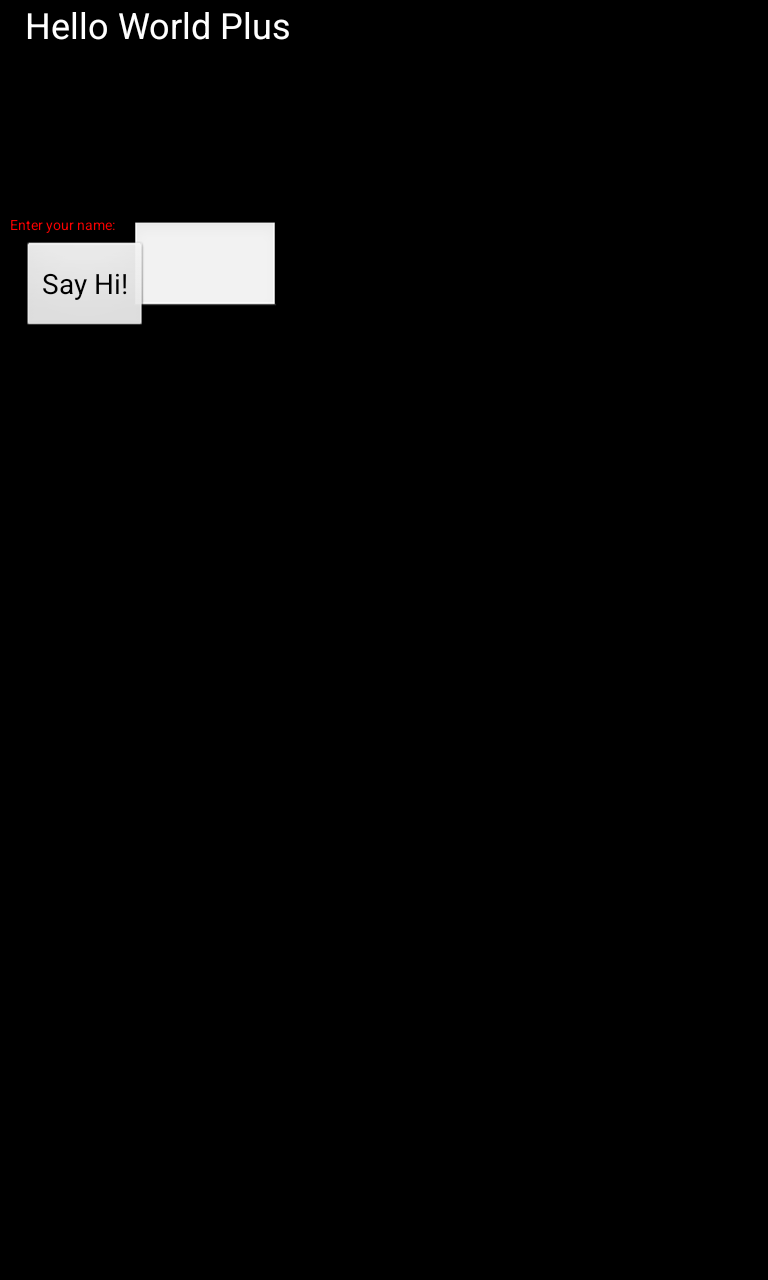
Repository: adatta02/comp194ma
Layout: hello_world/res/layout/main.xml
These files come from the project's save history. The layout is drawn as it stood at one moment and after the next save; the edit follows.
It is drawn on a 768 x 1280 px phone screen (xhdpi) without system bars, with theme android:Theme; the app's code is not run.

Above is the layout before, as saved 2009-02-04 20:42:39.

### hello_world/res/layout/main.xml
<?xml version="1.0" encoding="utf-8"?>

<AbsoluteLayout android:id="@+id/AbsoluteLayout01" android:layout_width="wrap_content" android:layout_height="wrap_content" xmlns:android="http://schemas.android.com/apk/res/android"><TextView android:id="@+id/TextView01" android:layout_width="wrap_content" android:text="Hello World Plus" android:textSize="36px" android:textColor="@color/white" android:layout_height="fill_parent" android:paddingLeft="25px"></TextView>
<EditText android:layout_width="wrap_content" android:layout_height="wrap_content" android:layout_x="130px" android:width="150px" android:id="@+id/name" android:layout_y="220px"></EditText>
<TextView android:id="@+id/TextView02" android:layout_width="wrap_content" android:layout_height="wrap_content" android:text="Enter your name:" android:layout_y="215px" android:textColor="#FF0000" android:textSize="14px" android:layout_x="10px"></TextView>
<Button android:layout_width="wrap_content" android:layout_height="wrap_content" android:text="Say Hi!" android:layout_x="20px" android:layout_y="240px" android:id="@+id/button"></Button>
</AbsoluteLayout>

### hello_world/res/values/strings.xml
<?xml version="1.0" encoding="utf-8"?>
<resources>
    <string name="hello">Hello World, HelloWorld</string>
    <string name="app_name">HelloWorld</string>
<color name="white">#ffffff</color>



</resources>

After the next save:
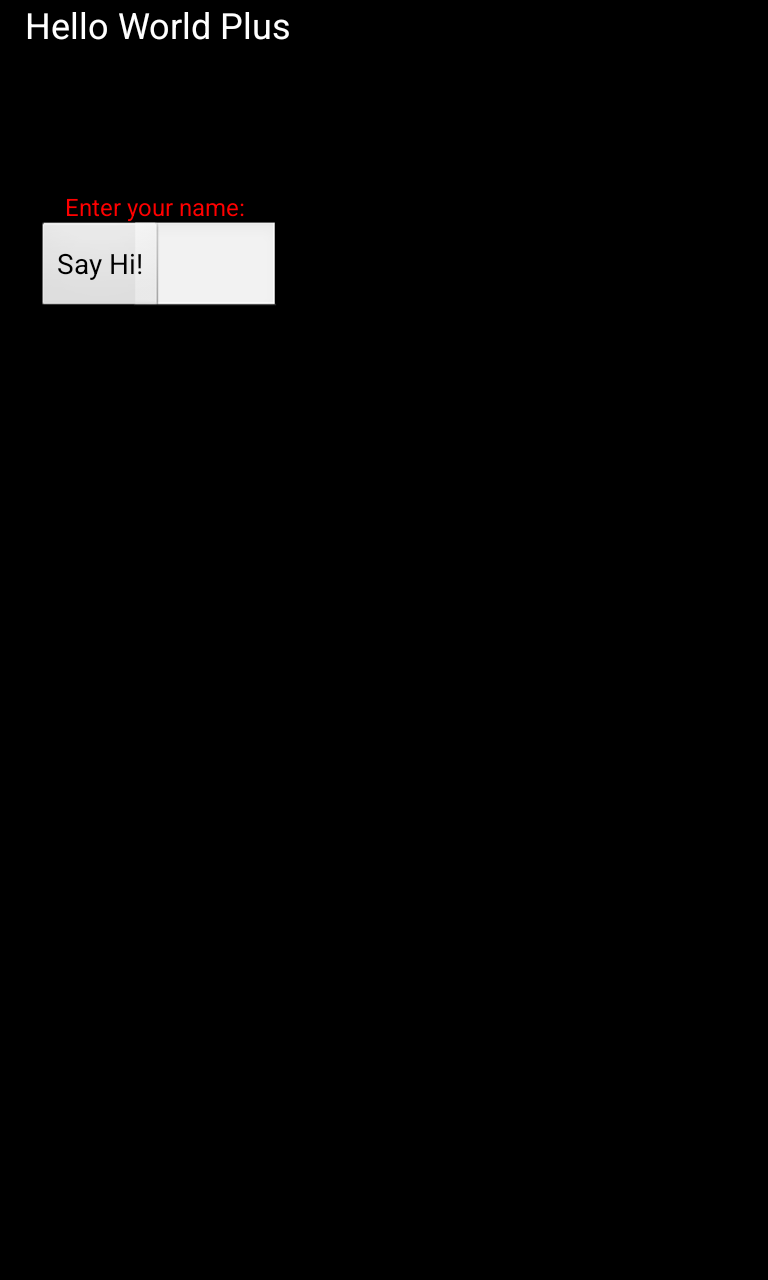
Saved 2 min 32 s later.
--- a/hello_world/res/layout/main.xml
+++ b/hello_world/res/layout/main.xml
@@ -2,6 +2,6 @@
 
 <AbsoluteLayout android:id="@+id/AbsoluteLayout01" android:layout_width="wrap_content" android:layout_height="wrap_content" xmlns:android="http://schemas.android.com/apk/res/android"><TextView android:id="@+id/TextView01" android:layout_width="wrap_content" android:text="Hello World Plus" android:textSize="36px" android:textColor="@color/white" android:layout_height="fill_parent" android:paddingLeft="25px"></TextView>
 <EditText android:layout_width="wrap_content" android:layout_height="wrap_content" android:layout_x="130px" android:width="150px" android:id="@+id/name" android:layout_y="220px"></EditText>
-<TextView android:id="@+id/TextView02" android:layout_width="wrap_content" android:layout_height="wrap_content" android:text="Enter your name:" android:layout_y="215px" android:textColor="#FF0000" android:textSize="14px" android:layout_x="10px"></TextView>
-<Button android:layout_width="wrap_content" android:layout_height="wrap_content" android:text="Say Hi!" android:layout_x="20px" android:layout_y="240px" android:id="@+id/button"></Button>
+<TextView android:id="@+id/TextView02" android:layout_width="wrap_content" android:layout_height="wrap_content" android:text="Enter your name:" android:textColor="#FF0000" android:textSize="24px" android:layout_y="190px" android:layout_x="65px"></TextView>
+<Button android:layout_width="wrap_content" android:layout_height="wrap_content" android:text="Say Hi!" android:id="@+id/button" android:layout_y="220px" android:layout_x="35px"></Button>
 </AbsoluteLayout>
